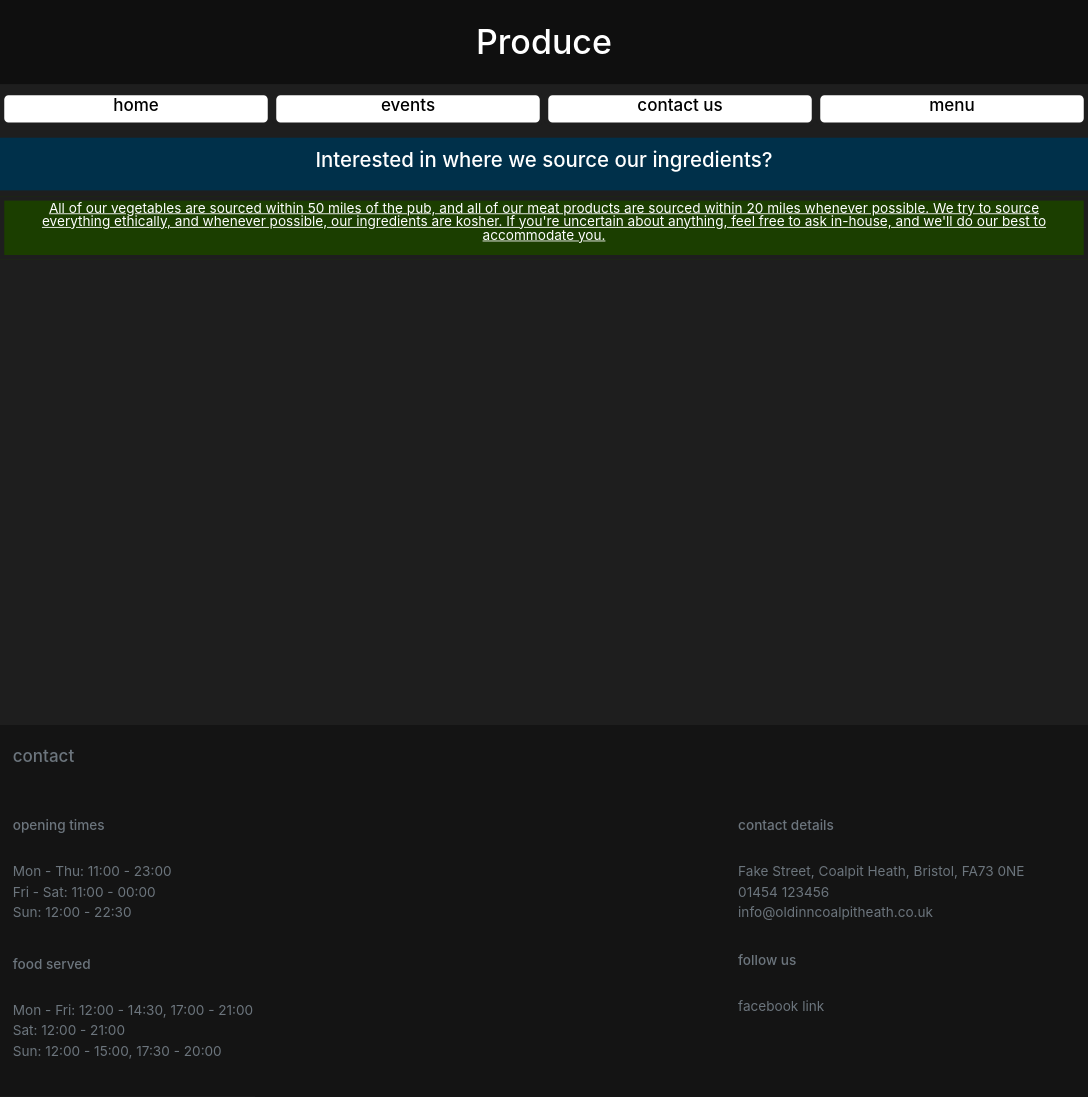
Repository: Code-Institute-Submissions/JamesLStudent-Milestone_One
Page: produce.html
The author's editor kept a record of every edit. The page is drawn from the files as they stood at one moment, then again after the next edit.
The browser window is 1280 px wide. The pictures show the whole page, at 85% of full size.

Above is the page before.
Console error: TypeError: Cannot read properties of undefined (reading 'fn')

After the next edit:
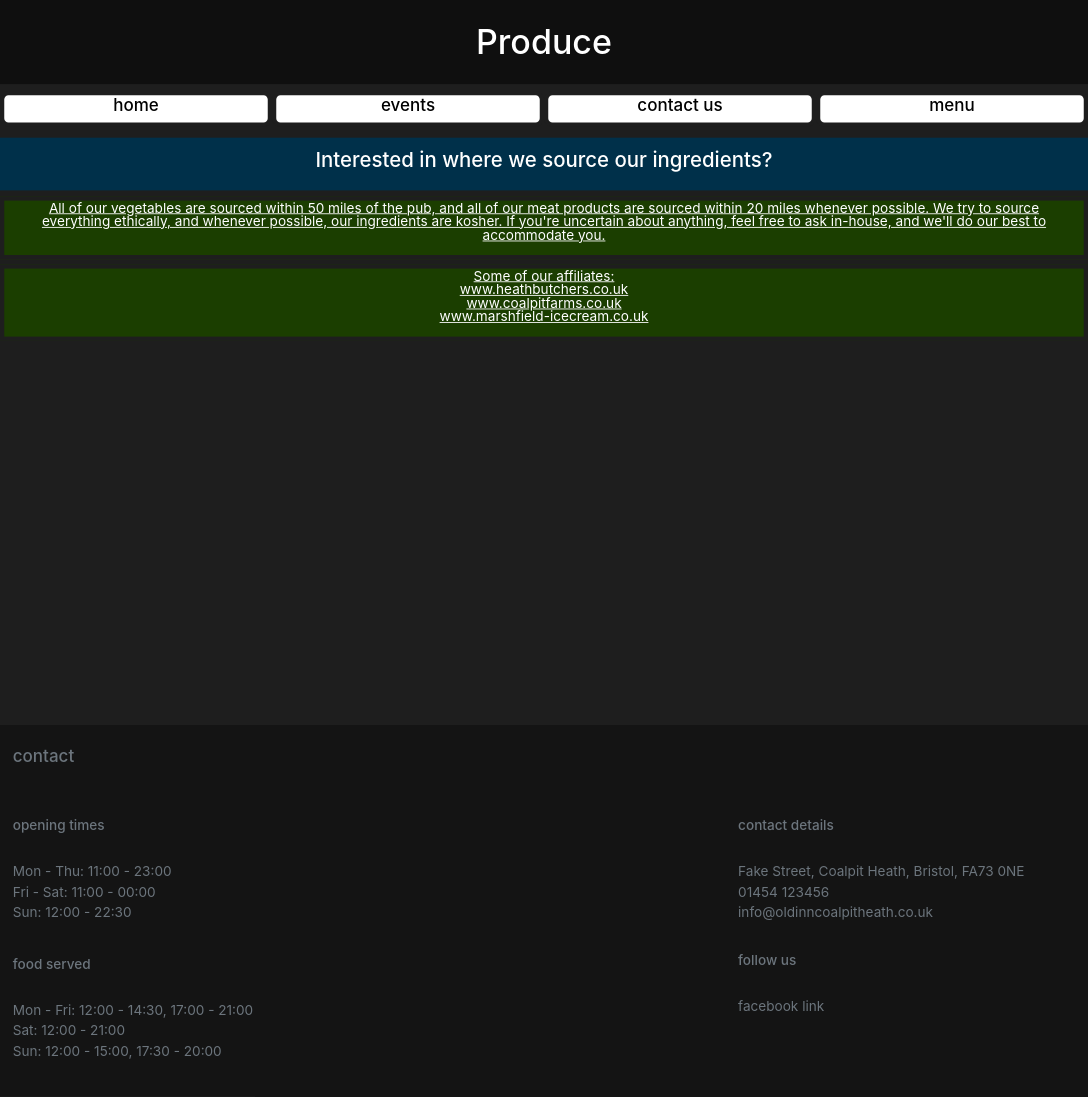
The edit:
--- a/produce.html
+++ b/produce.html
@@ -44,6 +44,12 @@
             We try to source everything ethically, and whenever possible, our ingredients are kosher. If you're uncertain about anything, feel free to
             ask in-house, and we'll do our best to accommodate you.</p>
         </div>
+        <div class="sub-box produce">
+            <p>Some of our affiliates:</br>
+            www.heathbutchers.co.uk</br>
+            www.coalpitfarms.co.uk</br>
+            www.marshfield-icecream.co.uk</p>
+        </div>
     </div>
     <footer>
         <div class="footer">
